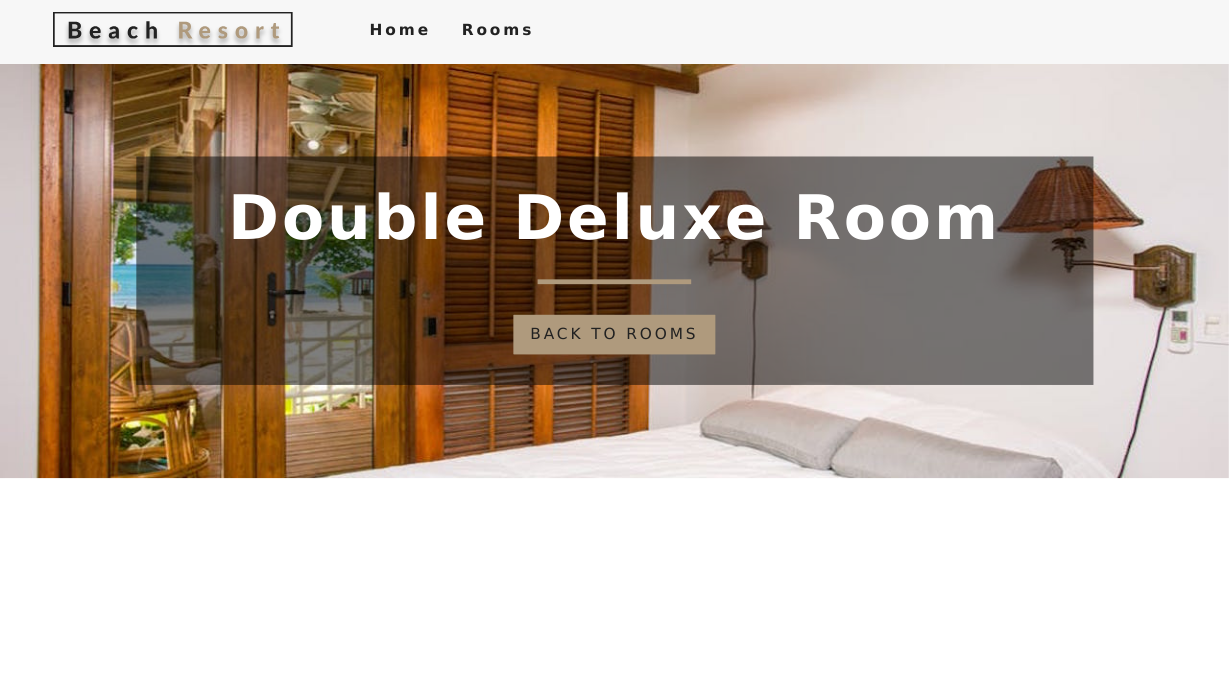
Repository: sanchit01garg/react-beachResort
Page: /rooms/double-deluxe
These files come from the project's save history. The page is drawn as it stood at one moment and after the next save; the edit follows.
The browser window is 1280 px wide. The pictures show the whole page, at 96% of full size.
The project was rebuilt for these pictures with package versions that can differ from the ones it lists, and the page was loaded fresh each time. Also part of the build but not shown: src/components/Hero.js, src/components/Title.js, src/components/Services.js, src/components/Loading.js, src/components/Room.js, src/components/FeaturedRooms.js, src/pages/Home.js, src/pages/Error.js and 1 more.

Above is the page before, as saved 2021-01-08 00:55:12.

### src/index.js
import React from "react";
import ReactDOM from "react-dom";
// import './index.css';
import { BrowserRouter as Router } from "react-router-dom";
import App from "./App";
import reportWebVitals from "./reportWebVitals";
import { RoomProvider } from "./Context";

ReactDOM.render(
  <RoomProvider>
    <Router>
      <App />
    </Router>
  </RoomProvider>,
  document.getElementById("root")
);

// If you want to start measuring performance in your app, pass a function
// to log results (for example: reportWebVitals(console.log))
// or send to an analytics endpoint. Learn more: https://bit.ly/CRA-vitals
reportWebVitals();

### src/App.js
import React from "react";
import "./App.css";
import { Route, Switch } from "react-router-dom";
import Home from "./pages/Home";
import Error from "./pages/Error";
import Rooms from "./pages/Rooms";
import SingleRoom from "./pages/SingleRoom";

import Navbar from "./components/Navbar";

function App() {
  return (
    <>
      <Navbar />
      <Switch>
        <Route exact path="/" component={Home} />
        <Route exact path="/rooms/" component={Rooms} />
        <Route exact path="/rooms/:slug" component={SingleRoom} />
        <Route component={Error} />
      </Switch>
    </>
  );
}

export default App;

### src/Context.js
import React, { Component } from "react";
import items from "./data";

const RoomContext = React.createContext();

class RoomProvider extends Component {
  state = {
    rooms: [],
    sortedRooms: [],
    featuredRooms: [],
    loading: true,
  };

  componentDidMount() {
    let rooms = this.formatData(items);
    let featuredRooms = rooms.filter((room) => room.featured === true);
    this.setState({
      rooms,
      featuredRooms,
      sortedRooms: rooms,
      loading: false,
    });
  }

  formatData(items) {
    let tempItems = items.map((item) => {
      let id = item.sys.id;
      let images = item.fields.images.map((image) => image.fields.file.url);

      let room = { ...item.fields, images, id };
      return room;
    });
    return tempItems;
  }

  getRoom = (slug) => {
    let tempRooms = [...this.state.rooms];
    const room = tempRooms.find((room) => room.slug === slug);
    return room;
  };

  render() {
    return (
      <RoomContext.Provider value={{ ...this.state, getRoom: this.getRoom }}>
        {this.props.children}
      </RoomContext.Provider>
    );
  }
}

const RoomConsumer = RoomContext.Consumer;
export { RoomProvider, RoomConsumer, RoomContext };

### src/App.css
* {
  margin: 0;
  padding: 0;
  box-sizing: border-box;
}
:root {
  --primaryColor: #af9a7d;
  --mainWhite: #fff;
  --offWhite: #f7f7f7;
  --mainBlack: #222;
  --mainGrey: #ececec;
  --darkGrey: #cfcfcf;
  --mainTransition: all 0.3s linear;
  --mainSpacing: 3px;
  --lightShadow: 2px 5px 3px 0px rgba(0, 0, 0, 0.5);
  --darkShadow: 4px 10px 5px 0px rgba(0, 0, 0, 0.5);
}
/* globals */
body {
  padding-top: 66px;
  color: var(--mainBlack);
  background: var(--mainWhite);
  font-family: Verdana, Geneva, Tahoma, sans-serif;
  line-height: 1.4;
}
h1 {
  font-size: 3em;
  line-height: 1;
  margin-bottom: 0.5em;
}
h2 {
  font-size: 2em;
  margin-bottom: 0.75em;
}
h3 {
  font-size: 1.5em;
  line-height: 1;
  margin-bottom: 1em;
}
h4 {
  font-size: 1.2em;
  line-height: 1.25;
  margin-bottom: 1.25em;
}
h5 {
  font-size: 1em;
  font-weight: bold;
  margin-bottom: 1.5em;
}
h6 {
  font-size: 1em;
  font-weight: bold;
  margin-bottom: 1.5em;
}

.btn-primary {
  display: inline-block;
  text-decoration: none;
  letter-spacing: var(--mainSpacing);
  color: var(--mainBlack);
  background: var(--primaryColor);
  padding: 0.4rem 0.9rem;
  border: 3px solid var(--primaryColor);
  transition: var(--mainTransition);
  text-transform: uppercase;
  cursor: pointer;
}
.btn-primary:hover {
  background: transparent;
  color: var(--primaryColor);
}
.loading {
  text-transform: capitalize;
  text-align: center;
  margin-top: 3rem;
}
.error {
  text-align: center;
  text-transform: uppercase;
  margin: 2rem 0;
}
.empty-search {
  text-align: center;
  text-transform: capitalize;
  margin: 2rem 0;
  padding: 1rem;
  letter-spacing: var(--mainSpacing);
}
/* end of globals */
/* Navbar */
.navbar {
  position: fixed;
  top: 0;
  left: 0;
  width: 100%;
  padding: 0.75rem 2rem;
  background: var(--offWhite);
  z-index: 1;
}
.nav-header {
  display: flex;
  justify-content: space-between;
}
.nav-btn {
  background: transparent;
  border: none;
  cursor: pointer;
  outline: none;
}
.nav-icon {
  font-size: 1.5rem;
  color: var(--primaryColor);
}
.nav-links {
  height: 0;
  overflow: hidden;
  transition: var(--mainTransition);
  list-style-type: none;
}
.nav-links a {
  display: block;
  text-decoration: none;
  padding: 1rem 0;
  color: var(--mainBlack);
  transition: var(--mainTransition);
  text-align: center;
  font-size: 1rem;
  font-weight: 600;
  letter-spacing: var(--mainSpacing);
}
.nav-links a:hover {
  color: var(--primaryColor);
}

.show-nav {
  height: 100px;
}
@media screen and (min-width: 768px) {
  .nav-btn {
    display: none;
  }
  .nav-center {
    max-width: 1170px;
    margin: 0 auto;
    display: flex;
  }
  .nav-links {
    height: auto;
    display: flex;
    margin-left: 4rem;
  }
  .nav-links a {
    margin: 0 1rem;
    padding: 0.5rem 0;
  }
}
/* end of navbar */
/* Hero */
.defaultHero,
.roomsHero {
  min-height: calc(100vh - 66px);
  background: url("./images/defaultBcg.jpeg") center/cover no-repeat;
  display: flex;
  align-items: center;
  justify-content: center;
}
.roomsHero {
  background-image: url("./images/room-2.jpeg");
  min-height: 60vh;
}
/* End of Hero */
/* Banner */
.banner {
  display: inline-block;
  background: rgba(0, 0, 0, 0.5);
  color: var(--mainWhite);
  padding: 2rem 1rem;
  text-align: center;
  text-transform: capitalize;
  letter-spacing: var(--mainSpacing);
}
.banner h1 {
  font-size: 2.5rem;
}
.banner div {
  width: 10rem;
  height: 5px;
  background: var(--primaryColor);
  margin: 1.7rem auto;
}
.banner p {
  font-size: 1.2rem;
  margin-bottom: 2rem;
}
@media screen and (min-width: 576px) {
  .banner {
    padding: 2rem 3rem;
  }
  .banner h1 {
    font-size: 3rem;
  }
}
@media screen and (min-width: 992px) {
  .banner {
    padding: 2rem 6rem;
  }
  .banner h1 {
    font-size: 4rem;
  }
}
/* End of Banner */
/* Title */
.section-title {
  text-align: center;
  margin-bottom: 4rem;
}
.section-title h4 {
  font-size: 2rem;
  letter-spacing: var(--mainSpacing);
  text-transform: capitalize;
  margin-bottom: 1rem;
}
.section-title div {
  width: 5rem;
  height: 5px;
  margin: 0 auto;
  background: var(--primaryColor);
}
/* end of Title */

/* services */
.services {
  padding: 5rem 0;
}
.services {
  background: var(--darkGrey);
  text-align: center;
}
.services-center {
  width: 90vw;
  margin: 0 auto;
  display: grid;
  grid-template-columns: repeat(auto-fit, minmax(255px, 1fr));
  grid-row-gap: 2rem;
  grid-column-gap: 50px;
}
.service span {
  display: inline-block;
  color: var(--primaryColor);
  font-size: 2.5rem;
  margin-bottom: 1.5rem;
}
.services h6 {
  letter-spacing: var(--mainSpacing);
}
.services p {
  width: 80%;
  margin: 0 auto;
}
@media screen and (min-width: 992px) {
  .services-center {
    width: 95vw;
    max-width: 1170px;
  }
}

@media screen and (min-width: 1200px) {
  .services p {
    width: 100%;
  }
}
/*end of services */
/* featured rooms */

.featured-rooms {
  padding: 5rem 0;
}
.featured-rooms-center {
  width: 80vw;
  margin: 0 auto;
  display: grid;
  grid-template-columns: repeat(auto-fit, minmax(270px, 1fr));
  grid-row-gap: 2rem;
  grid-column-gap: 40px;
}
@media screen and (min-width: 776px) {
  .featured-rooms-center {
    width: 90vw;
    grid-template-columns: repeat(auto-fit, minmax(330px, 1fr));
  }
}
@media screen and (min-width: 992px) {
  .featured-rooms-center {
    width: 95vw;
    max-width: 1170px;
  }
}
/* end pf featured rooms */
/* room */
.room {
  box-shadow: var(--lightShadow);
  transition: var(--mainTransition);
}
.room:hover {
  box-shadow: var(--darkShadow);
}

.img-container {
  position: relative;
}
.img-container img {
  width: 100%;
  display: block;
  transition: var(--mainTransition);
}
.price-top {
  position: absolute;
  top: 0;
  left: 0;
  background: rgba(0, 0, 0, 0.8);
  color: var(--mainWhite);
  padding: 0.3rem 0.6rem 0.5rem;
  border-bottom-right-radius: 1rem;
  font-size: 0.5rem;
  text-align: center;
  transition: var(--mainTransition);
}
.price-top h6 {
  margin-bottom: 0;
  font-size: 0.9rem;
  font-weight: 300;
  letter-spacing: var(--mainSpacing);
}
.room-link {
  position: absolute;
  top: 50%;
  left: 50%;
  transform: scale(0);
  transition: all 0.3s linear;
}
.img-container:hover {
  background: rgba(0, 0, 0, 0.8);
}
.img-container:hover img {
  opacity: 0.3;
}
.img-container:hover .price-top {
  opacity: 0;
}
.img-container:hover .room-link {
  transform: translate(-50%, -50%) scale(1);
}
.room-info {
  background: var(--darkGrey);
  text-transform: capitalize;
  padding: 0.5rem 0;
  text-align: center;
  font-weight: 700;
  letter-spacing: var(--mainSpacing);
}
/* end of room  */
/* single room*/

.single-room {
  padding: 5rem 0 0 0;
}
.single-room-images {
  width: 80vw;
  margin: 0 auto;
  display: grid;
  grid-template-columns: repeat(auto-fit, minmax(350px, 1fr));
  grid-row-gap: 2rem;
  grid-column-gap: 50px;
}
.single-room-images img {
  width: 100%;
  display: block;
}
.single-room-info {
  width: 80vw;
  display: grid;
  grid-template-columns: 1fr;
  margin: 2rem auto;
}
.desc,
.info {
  margin: 1rem 0;
}
.desc h3 {
  text-transform: capitalize;
  letter-spacing: var(--mainSpacing);
}
.desc p {
  line-height: 1.5;
}
.info h3,
.info h6 {
  text-transform: capitalize;
  letter-spacing: var(--mainSpacing);
}

.info h6 {
  font-weight: 300;
}
.room-extras {
  width: 80vw;
  margin: 0 auto 3rem auto;
}
.room-extras h6 {
  text-transform: capitalize;
  letter-spacing: var(--mainSpacing);
}
.extras {
  list-style-type: none;
  display: grid;
  grid-template-columns: repeat(auto-fit, minmax(330px, 1fr));
  grid-column-gap: 2rem;
  grid-row-gap: 1rem;
}
@media screen and (min-width: 992px) {
  .single-room-images,
  .single-room-info,
  .room-extras {
    width: 95vw;
    max-width: 1170px;
  }
  .single-room-info {
    display: grid;
    grid-template-columns: 1fr 1fr;
    grid-column-gap: 2rem;
  }
  .info {
    padding-left: 3rem;
  }
}
/* end of single room*/
/* roomlist */
.roomslist {
  padding: 5rem 0;
}
.roomslist-center {
  width: 80vw;
  margin: 0 auto;
  display: grid;
  grid-template-columns: repeat(auto-fill, minmax(270px, 1fr));
  grid-row-gap: 2rem;
  grid-column-gap: 30px;
}

@media screen and (min-width: 776px) {
  .roomslist-center {
    width: 90vw;
  }
}
@media screen and (min-width: 992px) {
  .roomslist-center {
    width: 95vw;
    max-width: 1170px;
  }
}
/* end of roomlist */
/*  rooms fitler*/
.filter-container {
  padding: 5rem 0;
}
.filter-form {
  width: 60vw;
  margin: 0 auto;
  display: grid;
  grid-template-columns: repeat(auto-fit, minmax(202px, 1fr));
  grid-row-gap: 2rem;
  grid-column-gap: 40px;
}
.form-group {
  text-transform: capitalize;
}
.form-group label {
  display: block;
  letter-spacing: var(--mainSpacing);
  margin-bottom: 0.5rem;
}
.form-control {
  width: 100%;
  background: transparent;
  font-size: 1rem;
}
.size-inputs {
  display: flex;
}
.size-input {
  width: 40%;
  padding: 0.2rem;
  border: 1px solid var(--mainBlack);
  border-radius: 0.3rem;
  margin-right: 0.3rem;
}
.single-extra label {
  display: inline-block;
  font-size: 0.8rem;
  margin-left: 0.5rem;
}
@media screen and (min-width: 776px) {
  .filter-form {
    width: 70vw;
  }
}
@media screen and (min-width: 992px) {
  .filter-form {
    width: 95vw;
    max-width: 1170px;
  }
}

### src/pages/SingleRoom.js
import React, { Component } from "react";
import defaultBcg from "../images/room-1.jpeg";
import Hero from "../components/Hero";
import Banner from "../components/Banner";
import { Link } from "react-router-dom";
import { RoomContext } from "../Context";
import StyledHero from "../components/StyledHero";

export default class SingleRoom extends Component {
  constructor(props) {
    super(props);
    this.state = { slug: this.props.match.params.slug, defaultBcg: defaultBcg };
  }

  static contextType = RoomContext;

  render() {
    const { getRoom } = this.context;
    const room = getRoom(this.state.slug);

    if (!room) {
      return (
        <div className="error">
          <h3> no such room could be found...</h3>
          <Link to="/rooms" className="btn-primary">
            back to rooms
          </Link>
        </div>
      );
    }

    const {
      name,
      description,
      capacity,
      size,
      price,
      extras,
      breakfast,
      pets,
      images,
    } = room;

    return (
      <>
        <StyledHero img={images[0] || this.state.defaultBcg}>
          <Banner title={`${name} room`}>
            <Link to="/rooms" className="btn-primary">
              back to rooms
            </Link>
          </Banner>
        </StyledHero>
        <section className="single-room">
          <div className="single-room-images">
            {images.map((item, index) => {
              <img key={index} src={item} alt={name} />;
            })}
          </div>
        </section>
      </>
    );
  }
}

### src/components/Navbar.js
import React, { Component } from "react";
import logo from "../images/logo.svg";
import { FaAlignRight } from "react-icons/fa";
import { Link } from "react-router-dom";

export default class Navbar extends Component {
  state = {
    isOpen: false,
  };
  handleToggle = () => {
    this.setState({ isOpen: !this.state.isOpen });
  };
  render() {
    return (
      <nav className="navbar">
        <div className="nav-center">
          <div className="nav-header">
            <Link to="/">
              <img src={logo} alt="Beach Resort" />
            </Link>
            <button
              type="button"
              className="nav-btn"
              onClick={this.handleToggle}
            >
              <FaAlignRight className="nav-icon" />
            </button>
          </div>
          <ul
            className={this.state.isOpen ? "nav-links show-nav" : "nav-links"}
          >
            <li>
              <Link to="/">Home</Link>
            </li>
            <li>
              <Link to="/rooms">Rooms</Link>
            </li>
          </ul>
        </div>
      </nav>
    );
  }
}

### src/components/StyledHero.js
import styled from "styled-components";
import defaultImg from "../images/room-1.jpeg";

const StyledHero = styled.header`
  min-height: 60vh;
  background: url(${(props) => (props.img ? props.img : defaultImg)})
    center/cover no-repeat;
  display: flex;
  align-items: center;
  justify-content: center;
`;
export default StyledHero;

Loaded but not shown: public/index.html (common file); src/reportWebVitals.js (common file); src/components/Banner.js (common file); src/data.js (760 lines, source omitted)

After the next save:
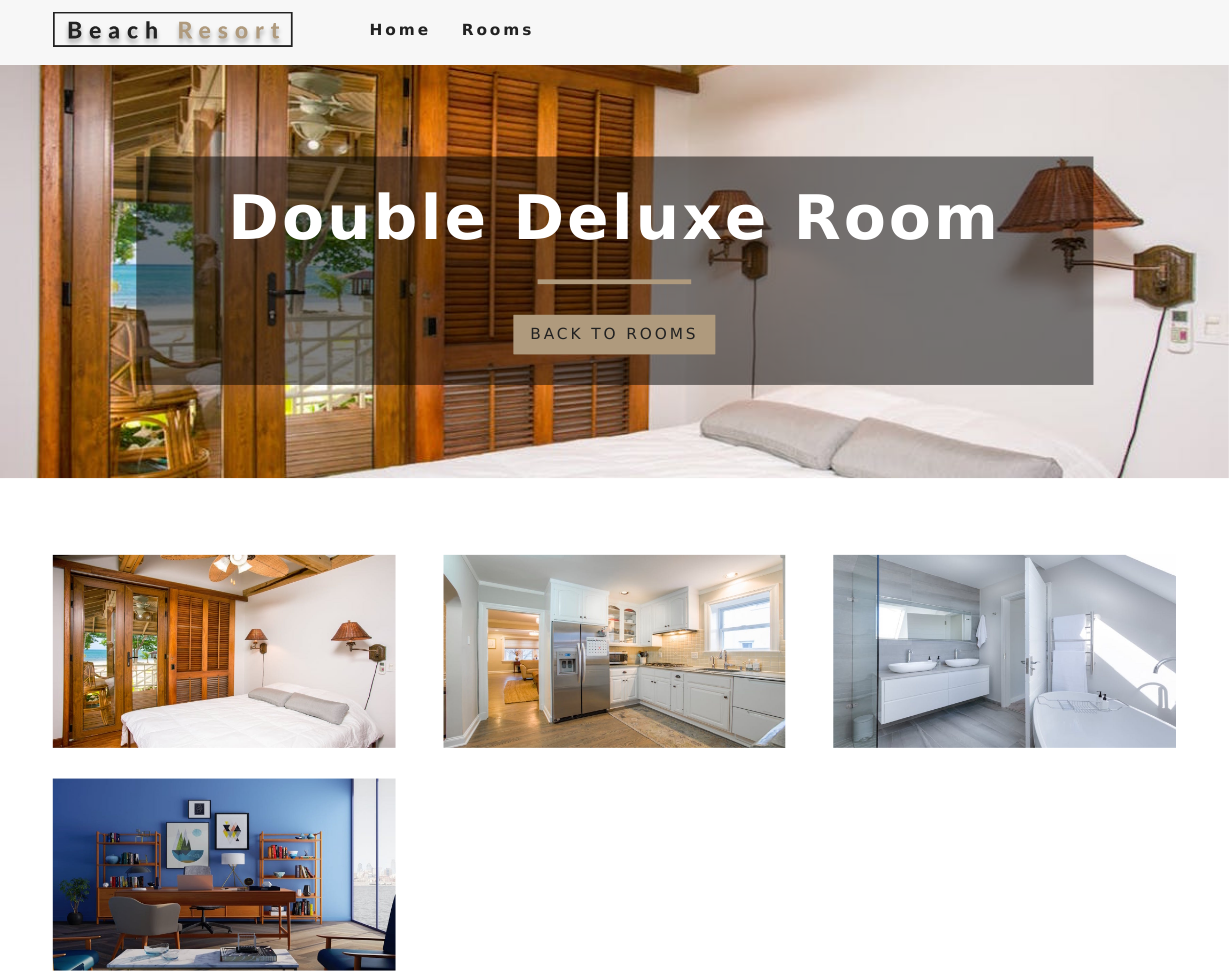
Saved 57 s later.
--- a/src/pages/SingleRoom.js
+++ b/src/pages/SingleRoom.js
@@ -53,7 +53,7 @@ export default class SingleRoom extends Component {
         <section className="single-room">
           <div className="single-room-images">
             {images.map((item, index) => {
-              <img key={index} src={item} alt={name} />;
+              return <img key={index} src={item} alt={name} />;
             })}
           </div>
         </section>
